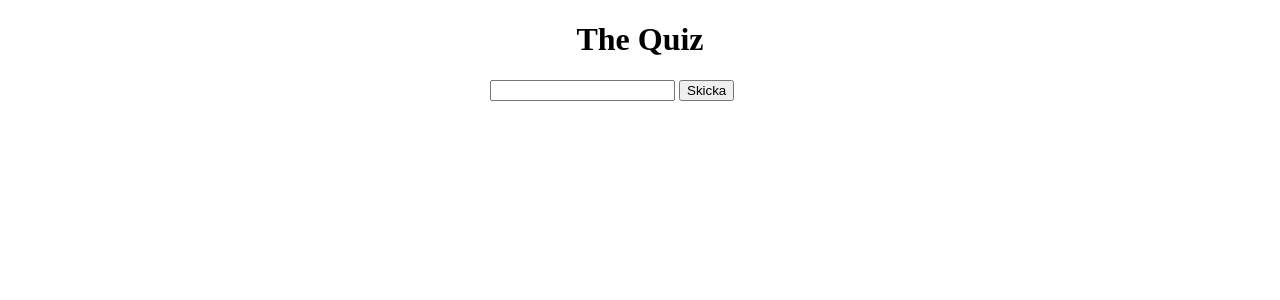
Repository: la222tc/la222tc-1dv403-Laborationer
Page: 4-thequiz/index.html
The author's editor kept a record of every edit. The page is drawn from the files as they stood at one moment, then again after the next edit.
The browser window is 1280 px wide. The pictures show the whole page.
The page's requests for data from a server got no answer.

Above is the page before.

After the next edit:
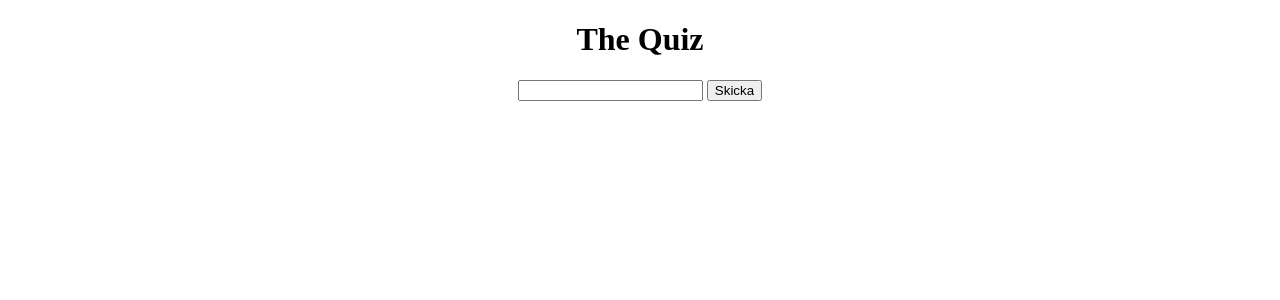
The edit:
--- a/4-thequiz/css/quiz.css
+++ b/4-thequiz/css/quiz.css
@@ -1,6 +1,7 @@
 #content {
-    width:300px;
+    width:100%;
     margin:auto;
+    text-align:center;
 }
 
 h1 {
